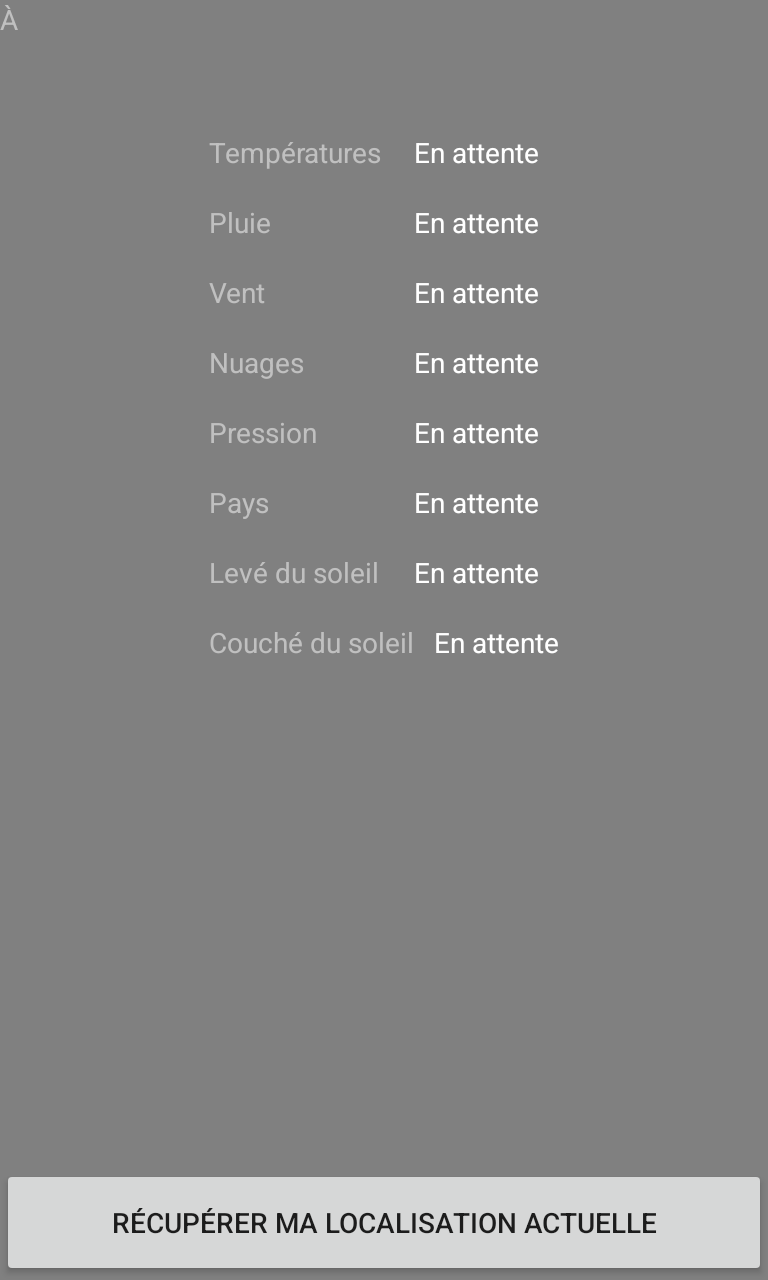
Repository: cpluuuusplus/WhoWantsKitKat
Layout: AppliPlus/res/layout/activity_meteo_principale.xml
These files come from the project's save history. The layout is drawn as it stood at one moment and after the next save; the edit follows.
It is drawn on a 768 x 1280 px phone screen (xhdpi) without system bars, with theme Theme.AppCompat.Light; the app's code is not run.

Above is the layout before, as saved 2014-05-12 14:18:14.

### AppliPlus/res/layout/activity_meteo_principale.xml
<?xml version="1.0" encoding="utf-8"?>
<LinearLayout xmlns:android="http://schemas.android.com/apk/res/android"
    android:layout_width="match_parent"
    android:layout_height="match_parent"
    android:background="@color/gray"
    android:orientation="vertical" >

    <!-- Afficher les  informations météo -->


    <!-- <LinearLayout -->
    <!-- android:layout_width="match_parent" -->
    <!-- android:layout_height="wrap_content" -->
    <!-- android:layout_margin="5dp" -->
    <!-- android:layout_weight="0.30" -->
    <!-- android:background="@color/black_color" -->
    <!-- android:orientation="vertical" -->
    <!-- android:paddingBottom="5dp" -->
    <!-- android:paddingLeft="5dp" -->
    <!-- android:paddingRight="5dp" -->
    <!-- android:paddingTop="5dp" > -->


    <!-- Titre et ville -->

    <LinearLayout
        android:layout_width="match_parent"
        android:layout_height="fill_parent"
        android:layout_gravity="center"
        android:layout_weight="1"
        android:orientation="horizontal" >

        <TextView
            android:id="@+id/desc_meteo"
            android:layout_width="fill_parent"
            android:layout_height="wrap_content"
            android:text="@string/meteo_desc"
            android:textColor="@color/silver" />

        <TextView
            android:id="@+id/afficher_localite_meteo"
            android:layout_width="fill_parent"
            android:layout_height="wrap_content"
            android:text="@string/to_be_defined"
            android:textColor="@color/white" />
    </LinearLayout>

    <!-- Info météo : temperature, pluie, vent, nuages -->

    <TableLayout
        android:layout_width="match_parent"
        android:layout_height="fill_parent"
        android:layout_gravity="fill_vertical"
        android:layout_weight="0.2" >

        <!-- température -->

        <TableRow
            android:id="@+id/row_meteo_temperature"
            android:layout_width="match_parent"
            android:layout_height="wrap_content"
            android:gravity="center_horizontal"
            android:padding="8dp" >

            <TextView
                android:id="@+id/desc_temp"
                android:layout_width="fill_parent"
                android:gravity="left"
                android:text="@string/meteo_tc"
                android:textColor="@color/silver" />

            <TextView
                android:id="@+id/info_temp"
                android:text="@string/to_be_defined"
                android:textColor="@color/white" />
        </TableRow>

        <!-- pluie -->

        <TableRow
            android:id="@+id/row_meteo_pluie"
            android:layout_width="match_parent"
            android:layout_height="wrap_content"
            android:gravity="center_horizontal"
            android:padding="8dp" >

            <TextView
                android:id="@+id/desc_pluie"
                android:layout_width="fill_parent"
                android:gravity="left"
                android:text="@string/meteo_rain"
                android:textColor="@color/silver" />

            <TextView
                android:id="@+id/info_pluie"
                android:layout_width="fill_parent"
                android:text="@string/to_be_defined"
                android:textColor="@color/white" />
        </TableRow>
        <!-- vent -->

        <TableRow
            android:id="@+id/row_meteo_vent"
            android:layout_width="match_parent"
            android:layout_height="wrap_content"
            android:gravity="center_horizontal"
            android:padding="8dp" >

            <TextView
                android:id="@+id/desc_vent"
                android:layout_width="fill_parent"
                android:gravity="left"
                android:text="@string/meteo_wind"
                android:textColor="@color/silver" />

            <TextView
                android:id="@+id/info_vent"
                android:layout_width="fill_parent"
                android:text="@string/to_be_defined"
                android:textColor="@color/white" />
        </TableRow>

        <!-- nuages -->

        <TableRow
            android:id="@+id/row_meteo_nuages"
            android:layout_width="match_parent"
            android:layout_height="wrap_content"
            android:gravity="center_horizontal"
            android:padding="8dp" >

            <TextView
                android:id="@+id/desc_nuages"
                android:layout_width="fill_parent"
                android:gravity="left"
                android:text="@string/meteo_clouds"
                android:textColor="@color/silver" />

            <TextView
                android:id="@+id/info_nuages"
                android:gravity="left"
                android:text="@string/to_be_defined"
                android:textColor="@color/white" />
        </TableRow>

        <!-- pression -->

        <TableRow
            android:id="@+id/row_pressure"
            android:layout_width="match_parent"
            android:layout_height="wrap_content"
            android:gravity="center_horizontal"
            android:padding="8dp" >

            <TextView
                android:id="@+id/desc_pressure"
                android:layout_width="fill_parent"
                android:gravity="left"
                android:text="@string/desc_pressure"
                android:textColor="@color/silver" />

            <TextView
                android:id="@+id/info_pressure"
                android:layout_width="fill_parent"
                android:gravity="left"
                android:text="@string/to_be_defined"
                android:textColor="@color/white" />
        </TableRow>

        <!-- pays -->

        <TableRow
            android:id="@+id/row_country"
            android:layout_width="match_parent"
            android:layout_height="wrap_content"
            android:gravity="center_horizontal"
            android:padding="8dp" >

            <TextView
                android:id="@+id/desc_country"
                android:gravity="left"
                android:text="@string/desc_country"
                android:textColor="@color/silver" />

            <TextView
                android:id="@+id/info_country"
                android:layout_width="fill_parent"
                android:gravity="left"
                android:text="@string/to_be_defined"
                android:textColor="@color/white" />
        </TableRow>

        <!-- sunrise -->

        <TableRow
            android:id="@+id/row_sunrise"
            android:layout_width="match_parent"
            android:layout_height="wrap_content"
            android:gravity="center_horizontal"
            android:padding="8dp" >

            <TextView
                android:id="@+id/desc_sunrise"
                android:layout_width="fill_parent"
                android:gravity="left"
                android:text="@string/desc_sunrise"
                android:textColor="@color/silver" />

            <TextView
                android:id="@+id/info_sunrise"
                android:layout_width="fill_parent"
                android:gravity="left"
                android:text="@string/to_be_defined"
                android:textColor="@color/white" />
        </TableRow>

        <!-- sunset -->

        <TableRow
            android:id="@+id/row_sunset"
            android:layout_width="match_parent"
            android:layout_height="wrap_content"
            android:gravity="center_horizontal"
            android:padding="8dp" >

            <TextView
                android:id="@+id/desc_sunset"
                android:layout_width="fill_parent"
                android:gravity="left"
                android:text="@string/desc_sunset"
                android:textColor="@color/silver" />

            <TextView
                android:id="@+id/info_sunset"
                android:layout_width="fill_parent"
                android:layout_marginLeft="10dp"
                android:gravity="right"
                android:text="@string/to_be_defined"
                android:textColor="@color/white" />
        </TableRow>
    </TableLayout>
    <!-- </LinearLayout> -->


    <!-- Acceder à une localisation -->

    <Button
        android:id="@+id/meteo_recuperer_localite"
        android:layout_width="match_parent"
        android:layout_height="fill_parent"
        android:layout_weight="1"
        android:onClick="recupererLocalisationAppareil"
        android:text="@string/get_localite" />

    <!-- <LinearLayout -->
    <!-- android:layout_width="wrap_content" -->
    <!-- android:layout_height="wrap_content" -->
    <!-- android:layout_margin="5dp" -->
    <!-- android:background="@color/black_color" -->
    <!-- android:orientation="horizontal" -->
    <!-- android:paddingBottom="5dp" -->
    <!-- android:paddingLeft="5dp" -->
    <!-- android:paddingRight="5dp" -->
    <!-- android:paddingTop="5dp" > -->


    <!-- <LinearLayout -->
    <!-- android:layout_width="wrap_content" -->
    <!-- android:layout_height="wrap_content" -->
    <!-- android:layout_margin="5dp" -->
    <!-- android:background="@color/black_color" -->
    <!-- android:orientation="vertical" -->
    <!-- android:paddingBottom="5dp" -->
    <!-- android:paddingLeft="5dp" -->
    <!-- android:paddingRight="5dp" -->
    <!-- android:paddingTop="5dp" > -->


    <!-- <TextView -->
    <!-- android:layout_width="wrap_content" -->
    <!-- android:layout_height="wrap_content" -->
    <!-- android:text="@string/desc_saisie_localite" -->
    <!-- android:textColor="@color/white" /> -->


    <!-- <EditText -->
    <!-- android:id="@+id/meteo_saisie_localite" -->
    <!-- android:layout_width="wrap_content" -->
    <!-- android:inputType="textCapWords" -->
    <!-- android:layout_height="wrap_content" -->
    <!-- android:hint="@string/saisir_localite" -->
    <!-- android:layout_gravity="center" -->
    <!-- android:textColor="@color/white" /> -->


    <!-- <Button -->
    <!-- android:id="@+id/meteo_valider_localite" -->
    <!-- android:layout_width="match_parent" -->
    <!-- android:layout_height="wrap_content" -->
    <!-- android:onClick="validerChoixLocalisationSaisi" -->
    <!-- android:text="@string/valider_localite" /> -->
    <!-- </LinearLayout> -->


    <!-- <Button -->
    <!-- android:id="@+id/meteo_recuperer_localite" -->
    <!-- android:layout_width="match_parent" -->
    <!-- android:layout_height="wrap_content" -->
    <!-- android:onClick="recupererLocalisationAppareil" -->
    <!-- android:text="@string/get_localite" /> -->
    <!-- </LinearLayout> -->

</LinearLayout>

### AppliPlus/res/values/colors.xml
<?xml version="1.0" encoding="utf-8"?>
<resources>

    <color name="black_color">#000</color>
    <color name="white">#FFFFFF</color>
    <color name="yellow">#FFFF00</color>
    <color name="fuchsia">#FF00FF</color>
    <color name="red">#FF0000</color>
    <color name="silver">#C0C0C0</color>
    <color name="gray">#808080</color>
    <color name="olive">#808000</color>
    <color name="purple">#800080</color>
    <color name="maroon">#800000</color>
    <color name="aqua">#00FFFF</color>
    <color name="lime">#00FF00</color>
    <color name="teal">#008080</color>
    <color name="green">#008000</color>
    <color name="blue">#0000FF</color>
    <color name="navy">#000080</color>

</resources>

### AppliPlus/res/values/strings.xml
<?xml version="1.0" encoding="utf-8"?>
<resources>

    <string name="app_name">Qui veut manger un KitKat ?</string>
    <string name="hello_world">Hello world!</string>
    <string name="nb_cours">%1$d cours viennent d\'être mis à jours</string>
    <string name="direct">Accès direct à pamplemousse viewer</string>
    <string name="refresh">Refresh</string>
    <string name="action_search">search</string>
    <string name="find_city">Rechercher une ville</string>

    <!-- Nom des menus ! -->

    <string name="home">Qui veut un KitKat ?</string>
    <string name="pamp_viewer">Accès à Pamplemousse</string>
    <string name="agenda_null">Première connection ? Renseignez vos identifiants, et synchroniser</string>
    <string name="url_error">Impossible de se connecter au serveur, veuillez vérifier vos identifiants et votre connection à internet</string>
    <string name="menu_pampl">Accès à Pamplemousse</string>
    <string name="connection">Accès à Pamplemousse</string>
    <string name="remote">Accès à Pamplemousse en ligne</string>
    <string name="pampl_desc">Emploi du temps, mails,...</string>
    <string name="geo">Accés au service de Géolocalisation</string>
    <string name="geo_desc">Géolocalisation</string>
    <string name="meteo">Accés au service Météo</string>
    <string name="meteo_desc">À</string>
    <string name="meteo_tc">Températures</string>
    <string name="meteo_wind">Vent</string>
    <string name="meteo_rain">Pluie</string>
    <string name="meteo_clouds">Nuages</string>
    <string name="valider_localite">Valider</string>
    <string name="desc_country">Pays</string>
    <string name="desc_sunrise">Levé du soleil</string>
    <string name="desc_sunset">Couché du soleil</string>
    <string name="desc_pressure">Pression</string>


    <!-- Cas non défini -->

    <string name="to_be_defined">En attente</string>

    <!-- Test login -->

    <string name="menu_settings">Settings</string>
    <string name="title_activity_main">MainActivity</string>
    <string name="image_content_description">Un Android avec un chien</string>
    <string name="login">S\'identifier</string>
    <string name="email">Id utilisateur</string>
    <string name="password">Mot de passe</string>
    <string name="connect">Se connecter</string>
    <string name="get_localite">Récupérer ma localisation actuelle</string>
    <string name="saisir_localite">Saisir une ville ici</string>
    <string name="desc_saisie_localite">Vous pouvez saisir une localité</string>
    <string name="temp">Ce champ doit etre rempli</string>
    <string name="geoloc_osm">Géolocationsation par OSM/OCM</string>

</resources>

After the next save:
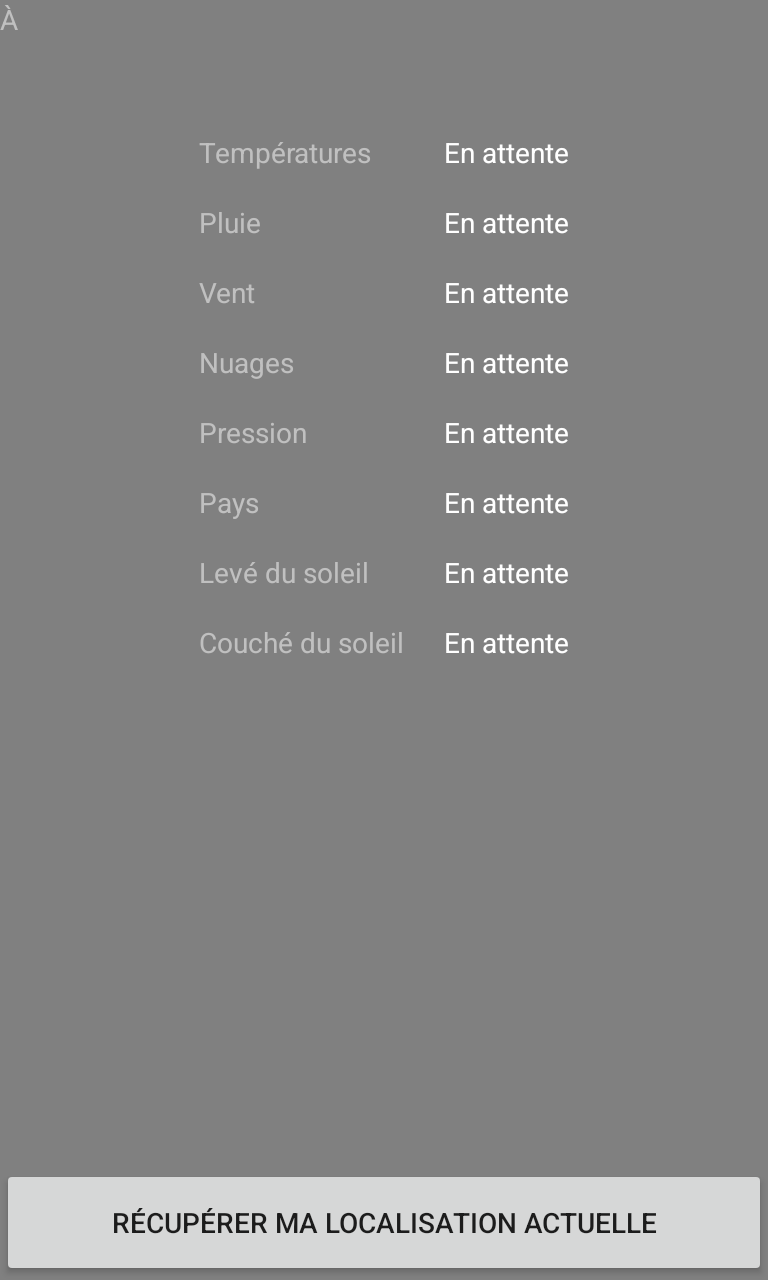
Saved 21 s later.
--- a/AppliPlus/res/layout/activity_meteo_principale.xml
+++ b/AppliPlus/res/layout/activity_meteo_principale.xml
@@ -227,13 +227,13 @@
                 android:id="@+id/desc_sunset"
                 android:layout_width="fill_parent"
                 android:gravity="left"
+                android:layout_marginRight="20dp"
                 android:text="@string/desc_sunset"
                 android:textColor="@color/silver" />
 
             <TextView
                 android:id="@+id/info_sunset"
                 android:layout_width="fill_parent"
-                android:layout_marginLeft="10dp"
                 android:gravity="right"
                 android:text="@string/to_be_defined"
                 android:textColor="@color/white" />
